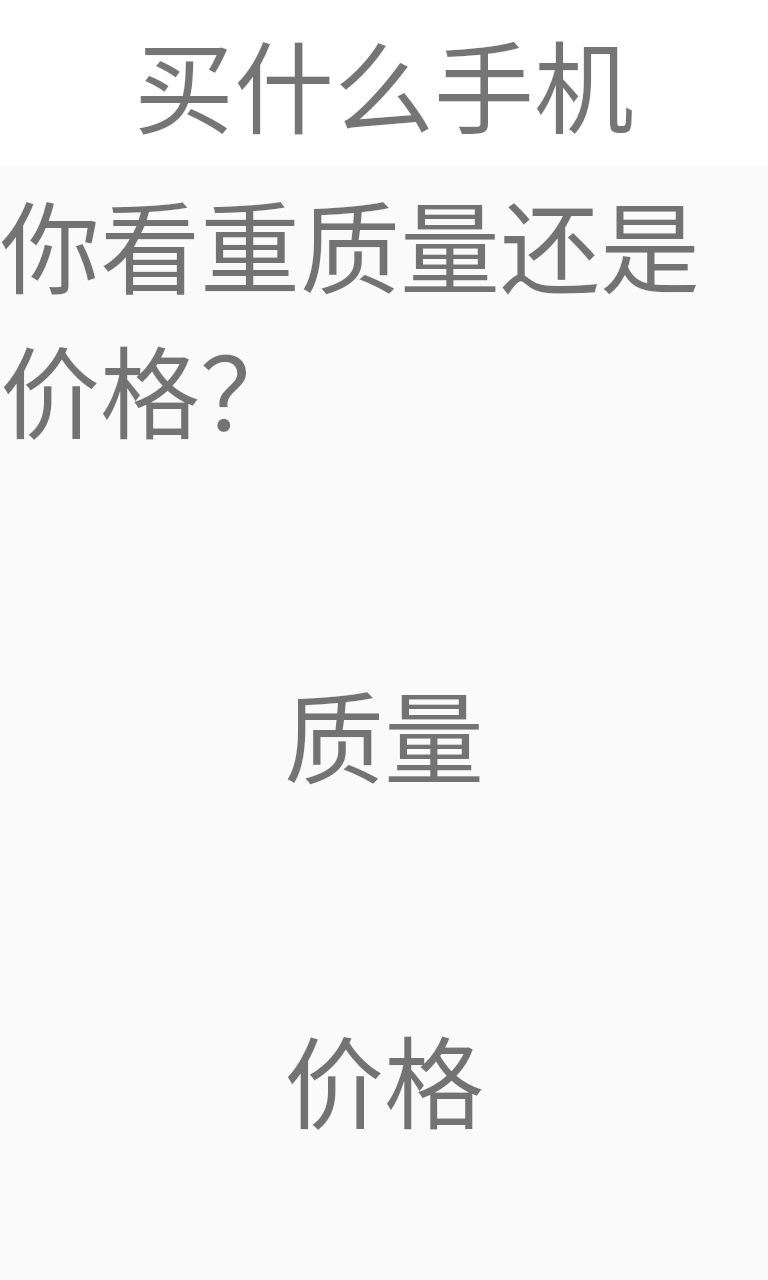
Repository: lxis/Sale
Layout: Sale/Sale/res/layout/fragment_main.xml
An editor plug-in stored every save of this project. The layout is shown before and after the next save, followed by the edit.
It is drawn on a 768 x 1280 px phone screen (xhdpi) without system bars, with theme AppTheme; the app's code is not run.

Above is the layout before, as saved 2014-12-05 15:01:11.

After the next save:
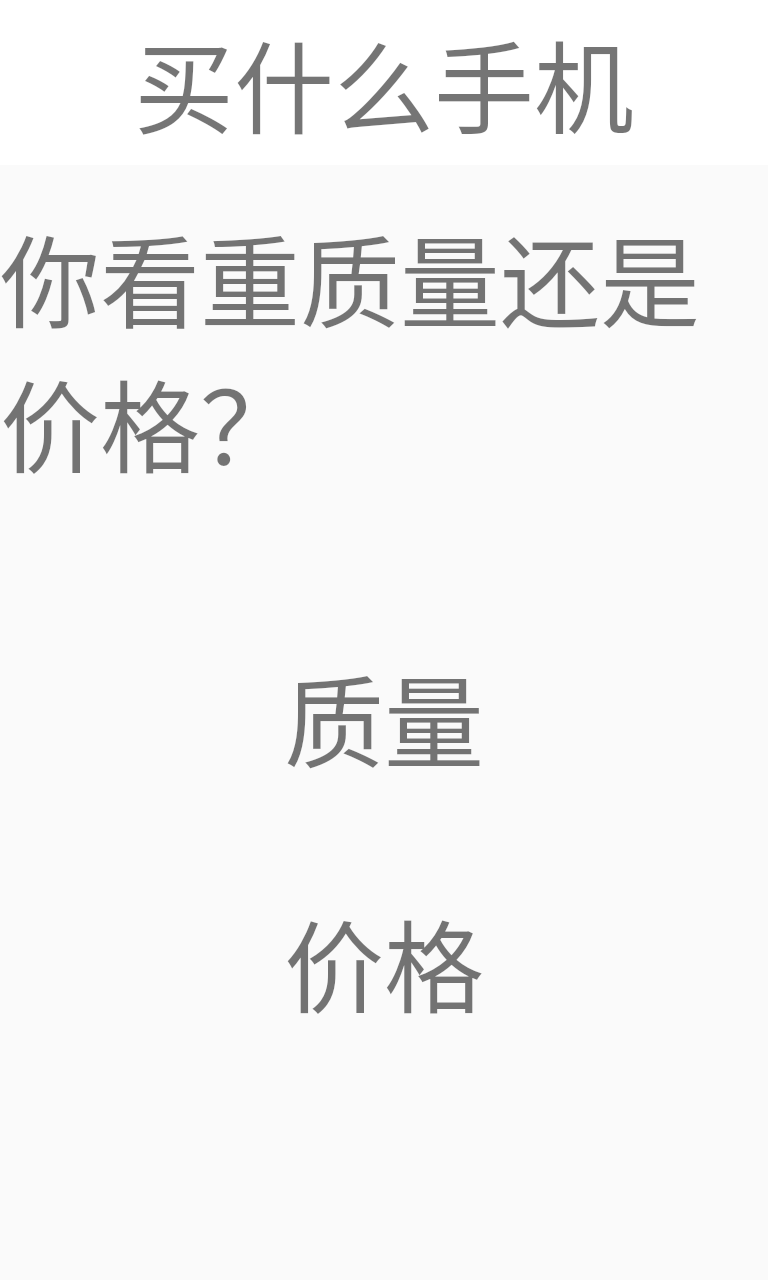
Saved 18 s later.
--- a/Sale/Sale/res/layout/fragment_main.xml
+++ b/Sale/Sale/res/layout/fragment_main.xml
@@ -53,15 +53,15 @@
         android:layout_height="wrap_content"
 	        android:textSize="100px"
 	        android:layout_gravity="center"
-	        android:layout_marginTop="100px"
-	        android:layout_marginBottom="100px"
+	        android:layout_marginTop="50px"
+	        android:layout_marginBottom="50px"
         android:text="质量" />
         <TextView
         android:layout_width="wrap_content"
         android:layout_height="wrap_content"
 	        android:textSize="100px"
-	        android:layout_marginTop="100px"
-	        android:layout_marginBottom="100px"
+	        android:layout_marginTop="50px"
+	        android:layout_marginBottom="50px"
 	        android:layout_gravity="center"
         android:text="价格" />
 	     </LinearLayout>
